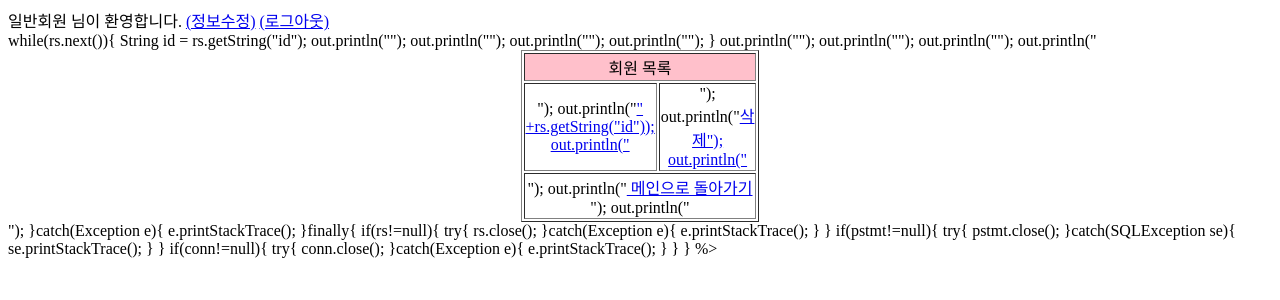
Repository: rumor1993/KH1
Page: http://localhost/Board/member/member_list.jsp
These files come from the project's save history. The page is drawn as it stood at one moment and after the next save; the edit follows.
The browser window is 1280 px wide. The pictures show the whole page.
The page is served by Tomcat 9. Other server files are loaded and not shown. The template is opened directly, without the code that normally fills it, so the values that code supplies are empty.

Above is the page before, as saved 2018-05-08 02:08:54.

### Board/WebContent/member/member_list.jsp
<%@ page language="java" contentType="text/html; charset=EUC-KR"
    pageEncoding="EUC-KR"%>
<%@ page import = "java.sql.*" %>
<%@ page import = "javax.sql.*" %>
<%@ page import = "javax.naming.*" %>

<%@ taglib prefix="c"
	uri="http://java.sun.com/jsp/jstl/core" %>

	<jsp:include page="header.jsp"></jsp:include>
<%
	request.setCharacterEncoding("euc-kr");

%>


	<table border=1>
	<tr>
	<td colspan =2>회원 목록</td>
	</tr>
	while(rs.next()){
		String id = rs.getString("id");
		out.println("<tr>");
		out.println("<td>");
		out.println("<a href ='select.net?id="+ rs.getString("id") +"'>" +rs.getString("id"));
		out.println("</td>");
		out.println("<td>");
		out.println("<a href ='delete.net?id="+ rs.getString("id") +"'>삭제");
		out.println("</td>");
		out.println("</tr>");
	}
		out.println("<tr>");
	out.println("<td colspan=2>");
	out.println("<a href='main.net'> 메인으로 돌아가기 </a>");
	out.println("</td>");
	out.println("</tr>");
	out.println("</table>");
}catch(Exception e){
	e.printStackTrace();
}finally{
	if(rs!=null){
		try{
			rs.close();
		}catch(Exception e){
			e.printStackTrace();
		}
	}
	if(pstmt!=null){

		try{
			pstmt.close();
		}catch(SQLException se){
			se.printStackTrace();
		}
	}
	if(conn!=null){
		try{
			conn.close();
		}catch(Exception e){
			e.printStackTrace();
		}
	}
}
%>
<!DOCTYPE html>
<html>
<head>

	<style>
		table{width:200px; margin: 0 auto}
		td{text-align:center; }
		tr:nth-child(1) {background:pink}


}
	</style>
<title>Insert title here</title>
</head>
<body>

</body>
</html>

### Board/WebContent/member/header.jsp
<%@ page language="java" contentType="text/html; charset=EUC-KR"
    pageEncoding="EUC-KR"%>
<%@ taglib prefix="c"
	uri="http://java.sun.com/jsp/jstl/core" %>
<!DOCTYPE html>
<html>
<head>
<title>Insert title here</title>
</head>
<body>
<%
	request.setCharacterEncoding("euc-kr");
%>
	<c:choose>
		<c:when test="${id!='admin' }">
			<span>일반회원 ${sessionScope.id }님이 환영합니다.</span> <a href = "member_update.net">(정보수정)</a> <a href = "logout.net">(로그아웃)</a><br>
		</c:when>

		<c:otherwise>
			<span>관리자 ${sessionScope.id }님 환영합니다.</span> <a href = "member_update.net">(정보수정)</a> <a href = "logout.net">(로그아웃)</a><br>
		</c:otherwise>
	</c:choose>

<%-- 	<div id="header">
		<c:if test="${empty id }">
			<script>
				location.href="login.net";
			</script>
		</c:if>
		<c:if test="${!empty id }">
			<c:if test="${id=='admin' }">
				<span> 관리자 ${id } 님 환영합니다.></span>
			</c:if>
			<c:if test="${id!='admin' }">
				<span>일반회원 ${id } 님 환영합니다.</span>
			</c:if>
		</c:if>
		</div>
--%>



	<%--
	<%
	if(!id.equals("admin")){
	%>
		<span>일반회원 <%=id %>님이 환영합니다.</span> <a href = "update.jsp">(정보수정)</a> <a href = "logout.jsp">(로그아웃)</a><br>
	<%
	}else{
	%>
		<%
	}
	%> --%>
</body>
</html>

After the next save:
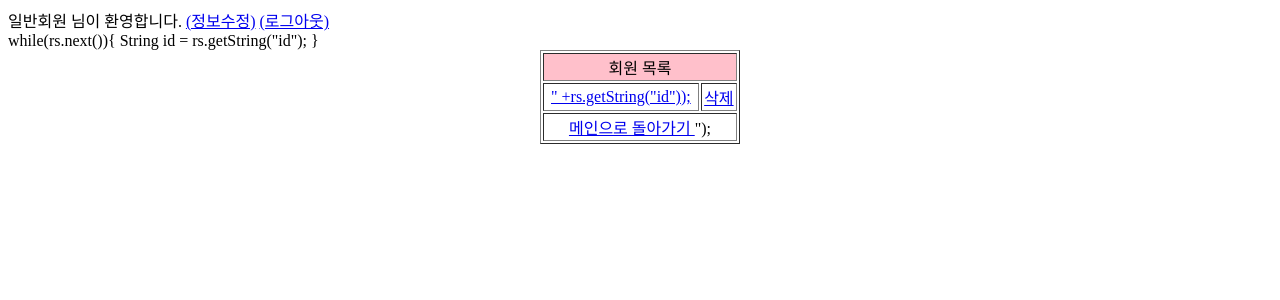
Saved 83 s later.
--- a/Board/WebContent/member/member_list.jsp
+++ b/Board/WebContent/member/member_list.jsp
@@ -18,50 +18,25 @@
 	<tr>
 	<td colspan =2>회원 목록</td>
 	</tr>
+
 	while(rs.next()){
 		String id = rs.getString("id");
-		out.println("<tr>");
-		out.println("<td>");
-		out.println("<a href ='select.net?id="+ rs.getString("id") +"'>" +rs.getString("id"));
-		out.println("</td>");
-		out.println("<td>");
-		out.println("<a href ='delete.net?id="+ rs.getString("id") +"'>삭제");
-		out.println("</td>");
-		out.println("</tr>");
+		<tr>
+		<td>
+		<a href ='select.net?id="+ rs.getString("id") +"'>" +rs.getString("id"));
+		</td>
+		<td>
+		<a href ='delete.net?id="+ rs.getString("id") +"'>삭제</a>
+		</td>
+		</tr>
 	}
-		out.println("<tr>");
-	out.println("<td colspan=2>");
-	out.println("<a href='main.net'> 메인으로 돌아가기 </a>");
-	out.println("</td>");
-	out.println("</tr>");
-	out.println("</table>");
-}catch(Exception e){
-	e.printStackTrace();
-}finally{
-	if(rs!=null){
-		try{
-			rs.close();
-		}catch(Exception e){
-			e.printStackTrace();
-		}
-	}
-	if(pstmt!=null){
+	<tr>
+	<td colspan=2>
+	<a href='main.net'> 메인으로 돌아가기 </a>");
+	</td>
+	</tr>
+	</table>
 
-		try{
-			pstmt.close();
-		}catch(SQLException se){
-			se.printStackTrace();
-		}
-	}
-	if(conn!=null){
-		try{
-			conn.close();
-		}catch(Exception e){
-			e.printStackTrace();
-		}
-	}
-}
-%>
 <!DOCTYPE html>
 <html>
 <head>
